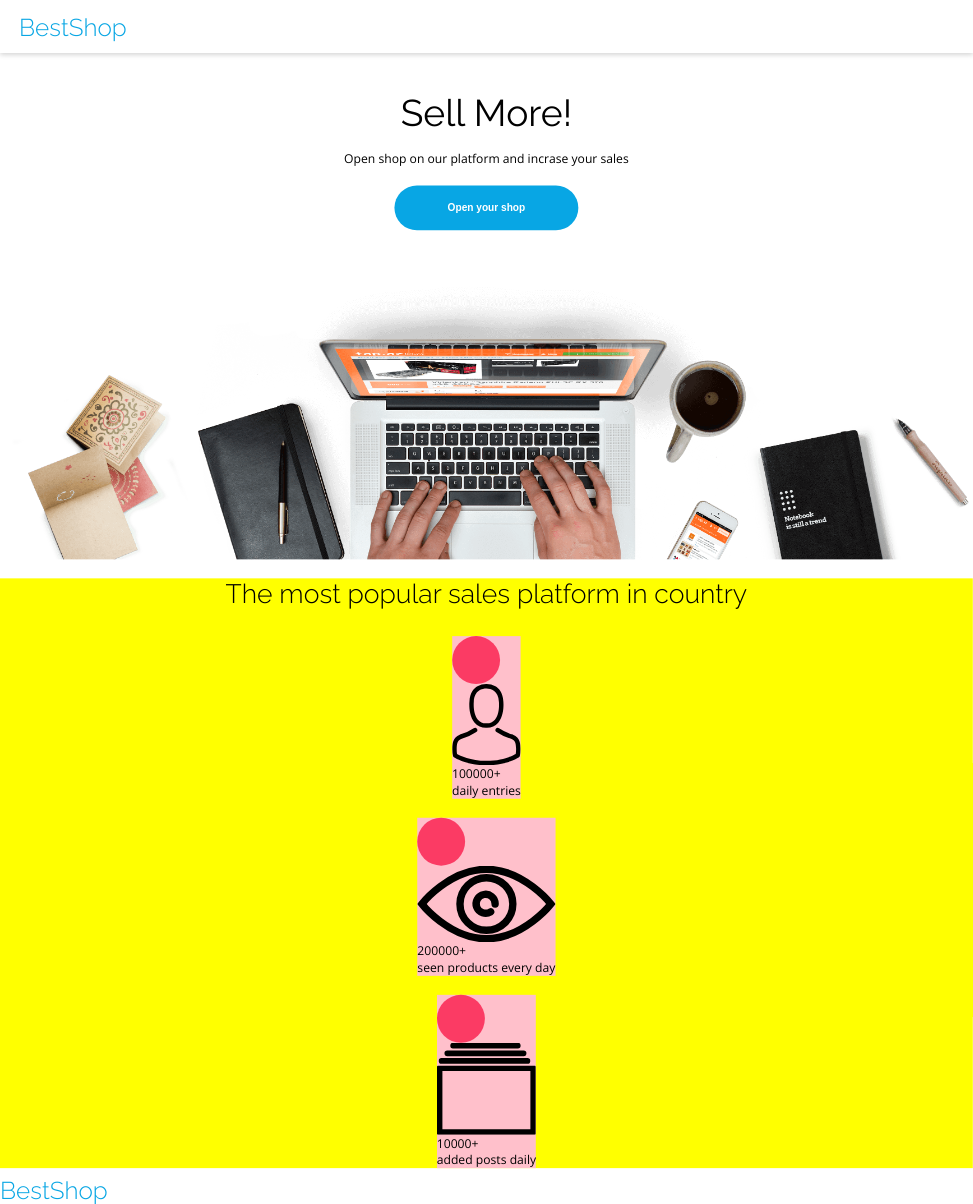
Repository: artwol993/BestShop
Page: index.html
An editor plug-in stored every save of this project. The page is shown before and after the next save, followed by the edit.
The browser window is 1280 px wide. The pictures show the whole page, at 76% of full size.
The style sheet was rebuilt from its Sass, Less or Tailwind sources for each picture, by a compiler version that may differ from the author's.

Above is the page before, as saved 2020-05-28 19:36:18.

### index.html
<!DOCTYPE html>
<html lang="en">
<head>
    <meta charset="UTF-8">
    <meta name="viewport" content="width=device-width, initial-scale=1.0">
    <title>BestShop[artwol993]</title>
    <link rel="stylesheet" href="css/main.css">
    <style>
        @import url('https://fonts.googleapis.com/css2?family=Open+Sans:wght@400;700&display=swap');
    </style>
    <style>
        @import url('https://fonts.googleapis.com/css2?family=Raleway:wght@300;400;700;800&display=swap');
    </style>
</head>
<body>
    <div class="main__container">
        <header>
            <div class="logo">BestShop</div>
            <nav class="nav">
                <!-- <button class="hamburger" aria-label="Menu">
                    <span class="hamburger__container" tabindex="-1">
                        <span class="hamburger__bars"></span>
                      </span>
                </button> -->
                <div class="side__menu">
                    <!-- <ul class="nav__list">
                        <li class="nav__list-item"><a href="" class="nav__link">why us</a></li>
                        <li class="nav__list-item"><a href="" class="nav__link">benefits</a></li>
                        <li class="nav__list-item"><a href="" class="nav__link">prices</a></li>
                        <li class="nav__list-item"><a href="" class="nav__link">contact</a></li>
                    </ul> -->
                </div>
            </nav>
        </header>

        <div class="content__container">
            <div class="main">

<!-- welcome-section -->

                <section class="welcome">
                    <div class="welcome__content">
                        <h1>Sell More!</h1>
                        <p>Open shop on our platform and incrase your sales</p>
                        <button class="main-btn">Open your shop</button>
                    </div>
                    <img src="/assets/Background.png" alt="notebook-picture" class="welcome__picture">
                </section>

<!-- stats-section -->

                <section class="stats">
                    <h2>The most popular sales platform in country</h2>
                    <div class="stats__container">
                        <div class="stats__bin">
                            <div class="stats-circle"></div>
                            <img src="./assets/Person.svg" alt="person-contour stats__img-person">
                            <span>100000+</span>
                            <p>daily entries</p>
                        </div>
                        <div class="stats__bin">
                            <div class="stats-circle"></div>
                            <img src="./assets/Eye.svg" alt="person-contour stats__img-eye">
                            <span>200000+</span>
                            <p>seen products every day</p>
                        </div>
                        <div class="stats__bin">
                            <div class="stats-circle"></div>
                            <img src="./assets/Catalog.svg" alt="person-contour" class="stats__img-catalog">
                            <span>10000+</span>
                            <p>added posts daily</p>
                        </div>
                    </div>
                </section>

<!-- profits-section -->

                <section class="profits"></section>
                <section class="pricing"></section>
                <section class="contact"></section>
            </div>
        </div>

        <footer>
            <div class="logo">BestShop</div>
            <div class="footer-icon"></div>
            <div class="footer-icon"></div>
        </footer>
    </div>
</body>
</html>

### scss/main.scss
    $c-primary-first: #08a6e4;
    $c-primary-second: #fb3b64;
    $c-primary-third: #55dfb4;
    $c-black: #000000;
    $c-white: #ffffff;
    $c-background: #f7f7f7;
    $c-details: #a5a5a5;
    $c-shadow: #00000029;
    $f-h: 'Raleway', sans-serif;
    $f-p: 'Open Sans', sans-serif;
    $fw-light: 300;
    $fw-normal: 400;
    $fw-bold: 700;
    $fw-black: 800;

/*reset*/

  * {
      margin: 0;
      padding: 0;
      box-sizing: border-box;
  }

  /* fonts */

  a, p, ul, span {
    font-family: $f-p;
  }

  h1 {
    font-size: 3.063rem;
    font-weight: $fw-normal;
    font-family: $f-h;
    color: $c-black;
  }

  h2 {
    font-size: 2.188rem;
    font-weight: $fw-light;
    margin: 5px 45px;
    font-family: $f-h;
    color: $c-black;
  }

  h3 {
    font-size: 1.25rem;
    font-weight: $fw-bold;
    margin: 5px;
    font-family: $f-h;
    color: $c-black;
  }

  .logo {
    font-size: 2rem;
    font-weight: $fw-light;
    font-family: $f-h;
    color: $c-primary-first;
    text-decoration: none;
    cursor: pointer;
  }

  .body {
      width: 100vh;
  }
  /*header*/
  header {
      height: 70px;
      display: flex;
      align-items: center;
      justify-content: space-between;
      padding: 0 25px;
      box-shadow: 0px 3px 6px $c-shadow;
  }

//   .hamburger {
//     margin: 0;
//     padding: 0;
//     border: 0;
//     background-color: transparent;
//     cursor: pointer;
//     &:focus {
//         & > .hamburger__container {
//           	box-shadow: 0 0 2px 2px #51a7e8;
//         }
//     }
//   }

//   .hamburger__container {
//     display: flex;
//     align-items: center;
//     position: relative;
//     width: 35px;
//     height: 30px;
//   }

//   .hamburger__bars {
//     position: absolute;
//     width: 35px;
//     height: 2px;
//     background-color: #000;
//     transition: transform 220ms ease-in-out;
//     &:before, &:after {
//         display: block;
//         position: absolute;
//         width: 35px;
//         height: 2px;
//         background-color: #000;
//         content: '';
//     }
//     &:before {
//         top: -12px;
//         transition: top 100ms 250ms ease-in, transform 220ms ease-in-out;
//     }
//     &:after {
//         bottom: -12px;
//         transition: bottom 100ms 250ms ease-in,
//           			transform 220ms ease-in-out;
//     }
//   }

//   .hamburger--active {
//     .hamburger__bars {
//         transform: rotate(225deg);
//         transition: transform 220ms 120ms ease-in-out;
//         &:before {
//             top: 0;
//             transition: top 100ms ease-out;
//         }
//         &:after {
//             bottom: 0;
//             transform: rotate(-90deg);
//             transition: bottom 100ms ease-out,
//             		  	transform 220ms 120ms ease-in-out;
//         }
//     }
// }

//   .hamburger, .hamburger__container {
//     &:focus {
//       	outline: none;
//   	}
//   }

//   .side__menu {
//     display: flex;
//     box-sizing: border-box;
//     position: absolute;
//     height: 70%;
//     width: 200px;
//     top: 70px;
//     right: -300px;
//     padding: 0;
//     background-color: red;
//     transition: 0.3s transform ease-in-out;
//   }

//   .side__menu ul {
//     position: absolute;
//     display: flex;
//     flex-direction: column;
//     box-sizing: border-box;
//     height: calc(100% - 70px);
//     flex-wrap: wrap;
//     margin: 0 10px;
//     padding: 0;
//     list-style-type: none;
//     align-content: flex-start;
//   }

//   .side-__menu ul li {
//     display: flex;
//     flex-direction: column;
//     height: 30px;
//     background: $c-primary-second;
//     flex-basis: 100%;
//     margin-top: 70px;
//     color: #696e9e;
//     border-radius: 5px;
//     overflow: hidden;
//   }

//   .side__menu ul li a {
//     display: flex;
//     padding: 10px;
//     align-items: center;
//     width: 100%;
//     height: 100%;
//     background: $c-primary-third;
//     text-decoration: none;
//     box-sizing: border-box;
//   }

//   .hamburger:focus ~ .side__menu, .side__menu:hover {
//     transform: translateX(-300px);
//   }

.nav__list {
  display: flex;
  justify-content: space-around;
  align-items: center;
}

.nav__list-item {
  // padding: 10px;
  list-style: none;
  // margin-right: 50px;
}

.nav__link {
  color: $c-details;
  font-weight: $fw-bold;
  text-decoration: none;
  text-transform: uppercase;
  font-size: 11px;

  &:hover {
    color: $c-black;
    border-bottom: solid 3px $c-primary-first;
    padding-bottom: 23px;
  }
}

/*content*/

.content__container {
  // width: calc(100% - 20%);
  // background: pink;
  display: flex;
  align-items: center;
  justify-content: center;
}

// .main {
//   background: blue;
// }

.welcome {
  display: flex;
  flex-direction: column;
  align-items: center;

}

.welcome__content {
  margin: 50px 10px;
  display: flex;
  flex-direction: column;
  align-items: center;
}

.welcome__content p {
  text-align: center;
  margin-top: 20px;
}

.main-btn {
  margin-top: 25px;
  padding: 22px 70px;
  border-radius: 40px;
  font-weight: 800;
  border: none;
  text-align: center;
  text-decoration: none;
  background: $c-primary-first;
  color: $c-white;
}

.welcome__picture {
  width: 100%;
  height: auto;
  margin-bottom: 20px;
  object-position: center;

}

// stats-section

.stats {
  background:yellow;
}

.stats h2 {
  text-align: center;
}

.stats__container {
  display: flex;
  flex-direction: column;
  align-items: center;
  margin: 10px 0;
}

.stats__bin {
  margin-top: 25px;
  background: pink;
  display: flex;
  flex-direction: column;
justify-content: center;
}

.stats-circle {
  width: 63px;
  height: 63px;
  border-radius: 50%;
  position: relative;
  background: $c-primary-second;
}

.stats__img-person {
  width: 44px;
  height: 52px;
  position: absolute;
  left: 45%;
}

After the next save:
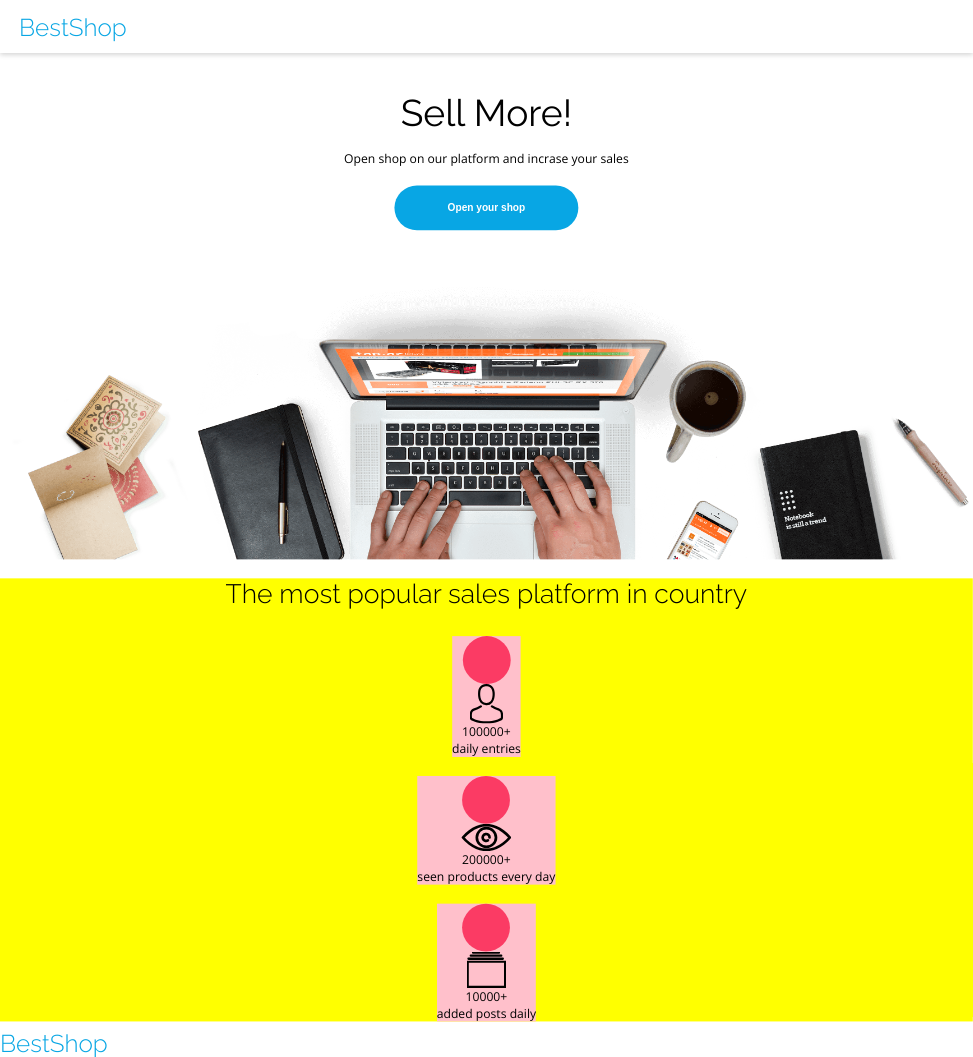
Saved 13 s later.
--- a/scss/main.scss
+++ b/scss/main.scss
@@ -295,7 +295,8 @@
   background: pink;
   display: flex;
   flex-direction: column;
-justify-content: center;
+  justify-content: center;
+  align-items: center;
 }
 
 .stats-circle {
